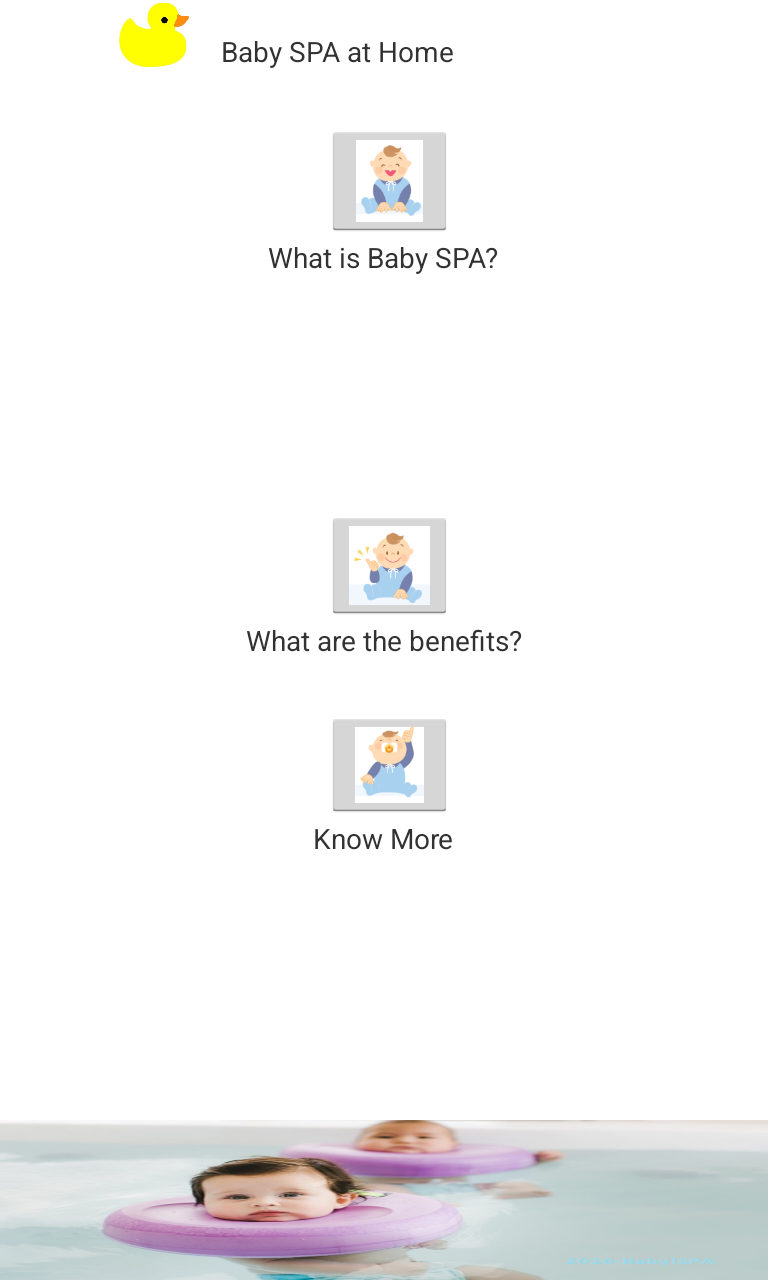
Repository: prettyamalia12/babyspa
Layout: Baby!SPA/res/layout/homepage.xml
An editor plug-in stored every save of this project. The layout is shown before and after the next save, followed by the edit.
It is drawn on a 768 x 1280 px phone screen (xhdpi) without system bars, with theme AppTheme; the app's code is not run.

Above is the layout before, as saved 2016-12-02 02:56:07.

After the next save:
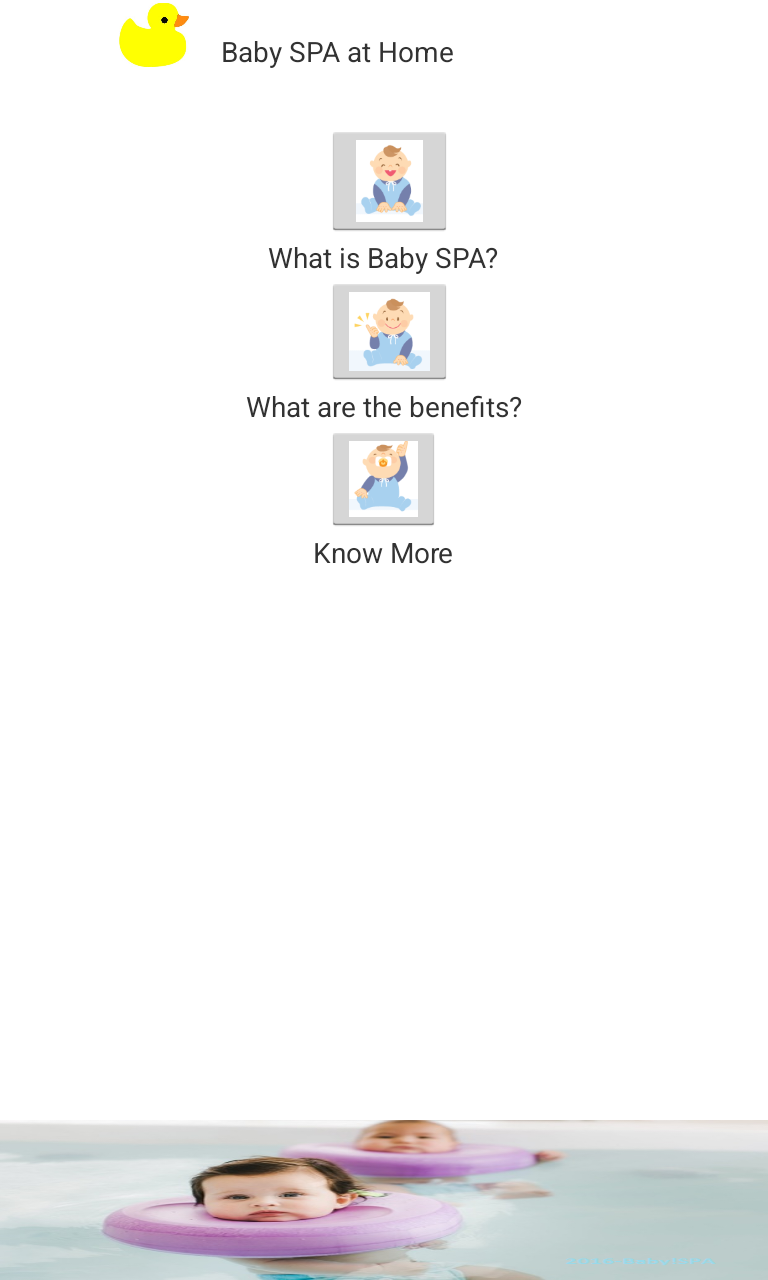
Saved 18 min 33 s later.
--- a/Baby!SPA/res/layout/homepage.xml
+++ b/Baby!SPA/res/layout/homepage.xml
@@ -38,24 +38,6 @@
         android:layout_alignRight="@+id/btnBack1"
         android:text="@string/baby" />
 
-    <ImageButton
-        android:id="@+id/imageButton3"
-        android:layout_width="wrap_content"
-        android:layout_height="wrap_content"
-        android:layout_alignLeft="@+id/btnBack1"
-        android:layout_alignRight="@+id/btnBack1"
-        android:layout_below="@+id/textView3"
-        android:layout_marginTop="26dp"
-        android:src="@drawable/how" />
-
-    <ImageButton
-        android:id="@+id/btnBack1"
-        android:layout_width="wrap_content"
-        android:layout_height="wrap_content"
-        android:layout_above="@+id/textView3"
-        android:layout_alignRight="@+id/textView4"
-        android:src="@drawable/whatbenefit" />
-
     <TextView
         android:id="@+id/textView4"
         android:layout_width="wrap_content"
@@ -63,14 +45,6 @@
         android:layout_below="@+id/imageButton3"
         android:layout_centerHorizontal="true"
         android:text="@string/knowmore" />
-
-    <TextView
-        android:id="@+id/textView3"
-        android:layout_width="wrap_content"
-        android:layout_height="wrap_content"
-        android:layout_centerHorizontal="true"
-        android:layout_centerVertical="true"
-        android:text="@string/benefits" />
 
     <ImageButton
         android:id="@+id/imageButton2"
@@ -82,4 +56,28 @@
         android:layout_marginTop="27dp"
         android:src="@drawable/what" />
 
+    <ImageButton
+        android:id="@+id/btnBack1"
+        android:layout_width="wrap_content"
+        android:layout_height="wrap_content"
+        android:layout_alignRight="@+id/textView4"
+        android:layout_below="@+id/textViewisi"
+        android:src="@drawable/whatbenefit" />
+
+    <TextView
+        android:id="@+id/textView3"
+        android:layout_width="wrap_content"
+        android:layout_height="wrap_content"
+        android:layout_below="@+id/btnBack1"
+        android:layout_centerHorizontal="true"
+        android:text="@string/benefits" />
+
+    <ImageButton
+        android:id="@+id/imageButton3"
+        android:layout_width="wrap_content"
+        android:layout_height="wrap_content"
+        android:layout_alignLeft="@+id/btnBack1"
+        android:layout_below="@+id/textView3"
+        android:src="@drawable/how" />
+
 </RelativeLayout>

After the save that followed:
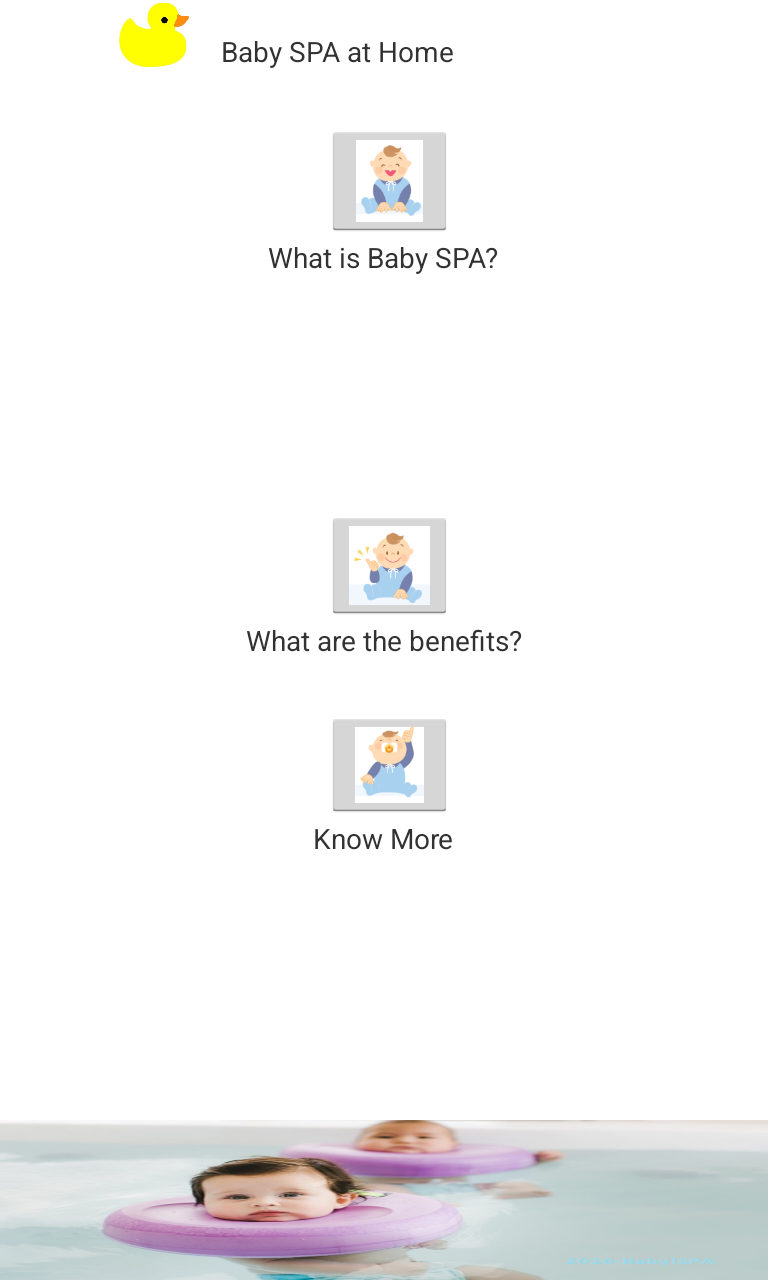
Saved 4 min 18 s later.
--- a/Baby!SPA/res/layout/homepage.xml
+++ b/Baby!SPA/res/layout/homepage.xml
@@ -38,6 +38,24 @@
         android:layout_alignRight="@+id/btnBack1"
         android:text="@string/baby" />
 
+    <ImageButton
+        android:id="@+id/imageButton3"
+        android:layout_width="wrap_content"
+        android:layout_height="wrap_content"
+        android:layout_alignLeft="@+id/btnBack1"
+        android:layout_alignRight="@+id/btnBack1"
+        android:layout_below="@+id/textView3"
+        android:layout_marginTop="26dp"
+        android:src="@drawable/how" />
+
+    <ImageButton
+        android:id="@+id/btnBack1"
+        android:layout_width="wrap_content"
+        android:layout_height="wrap_content"
+        android:layout_above="@+id/textView3"
+        android:layout_alignRight="@+id/textView4"
+        android:src="@drawable/whatbenefit" />
+
     <TextView
         android:id="@+id/textView4"
         android:layout_width="wrap_content"
@@ -45,6 +63,14 @@
         android:layout_below="@+id/imageButton3"
         android:layout_centerHorizontal="true"
         android:text="@string/knowmore" />
+
+    <TextView
+        android:id="@+id/textView3"
+        android:layout_width="wrap_content"
+        android:layout_height="wrap_content"
+        android:layout_centerHorizontal="true"
+        android:layout_centerVertical="true"
+        android:text="@string/benefits" />
 
     <ImageButton
         android:id="@+id/imageButton2"
@@ -56,28 +82,4 @@
         android:layout_marginTop="27dp"
         android:src="@drawable/what" />
 
-    <ImageButton
-        android:id="@+id/btnBack1"
-        android:layout_width="wrap_content"
-        android:layout_height="wrap_content"
-        android:layout_alignRight="@+id/textView4"
-        android:layout_below="@+id/textViewisi"
-        android:src="@drawable/whatbenefit" />
-
-    <TextView
-        android:id="@+id/textView3"
-        android:layout_width="wrap_content"
-        android:layout_height="wrap_content"
-        android:layout_below="@+id/btnBack1"
-        android:layout_centerHorizontal="true"
-        android:text="@string/benefits" />
-
-    <ImageButton
-        android:id="@+id/imageButton3"
-        android:layout_width="wrap_content"
-        android:layout_height="wrap_content"
-        android:layout_alignLeft="@+id/btnBack1"
-        android:layout_below="@+id/textView3"
-        android:src="@drawable/how" />
-
 </RelativeLayout>
